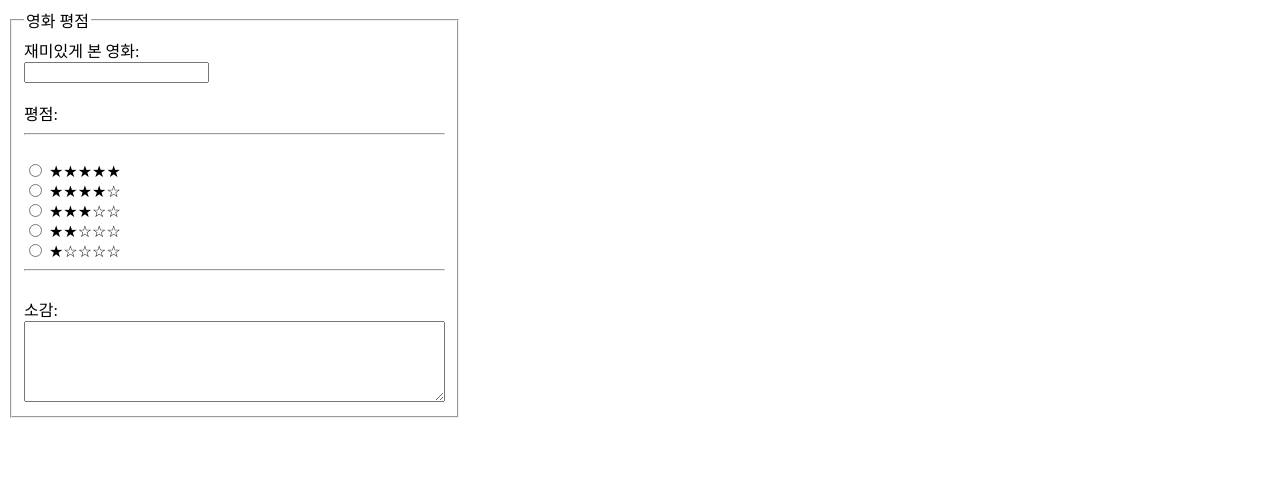
Repository: parkgyutaee/My_JAVA_Project
Page: http://localhost/JSPStudy/test04_06.jsp
The author's editor kept a copy of each file at every save. The page is drawn from the files as they stood at one save, then again after the next save.
The browser window is 1280 px wide. The pictures show the whole page.
The page is served by Tomcat 10. Other server files are loaded and not shown.

Above is the page before, as saved 2025-07-10 07:43:57.

### Workspace/JSPStudy/src/main/webapp/test04_06.jsp
<%@ page language="java" contentType="text/html; charset=UTF-8"
    pageEncoding="UTF-8"%>
<!DOCTYPE html>
<html>
<head>
<meta charset="UTF-8">
<title>4장 연습문제 6번</title>
</head>
<body>
	<form action="#" method = "get">
		<fieldset style = "width:300px">
			<legend>영화 평점</legend>
			재미있게 본 영화: <br>
			<input type = "text" name = "name"> <br><br>
			평점: <br>
			<hr> <br>
			<input type = "radio" name = "choice" value = "★★★★★"> ★★★★★ <br>
			<input type = "radio" name = "choice" value = "★★★★☆"> ★★★★☆ <br>
			<input type = "radio" name = "choice" value = "★★★☆☆"> ★★★☆☆ <br>
			<input type = "radio" name = "choice" value = "★★☆☆☆"> ★★☆☆☆ <br>
			<input type = "radio" name = "choice" value = "★☆☆☆☆"> ★☆☆☆☆ <br> <hr> <br>
			소감: <br>
			<textarea rows="5" cols="50">
			</textarea>

		</fieldset>
	</form>
</body>
</html>

After the next save:
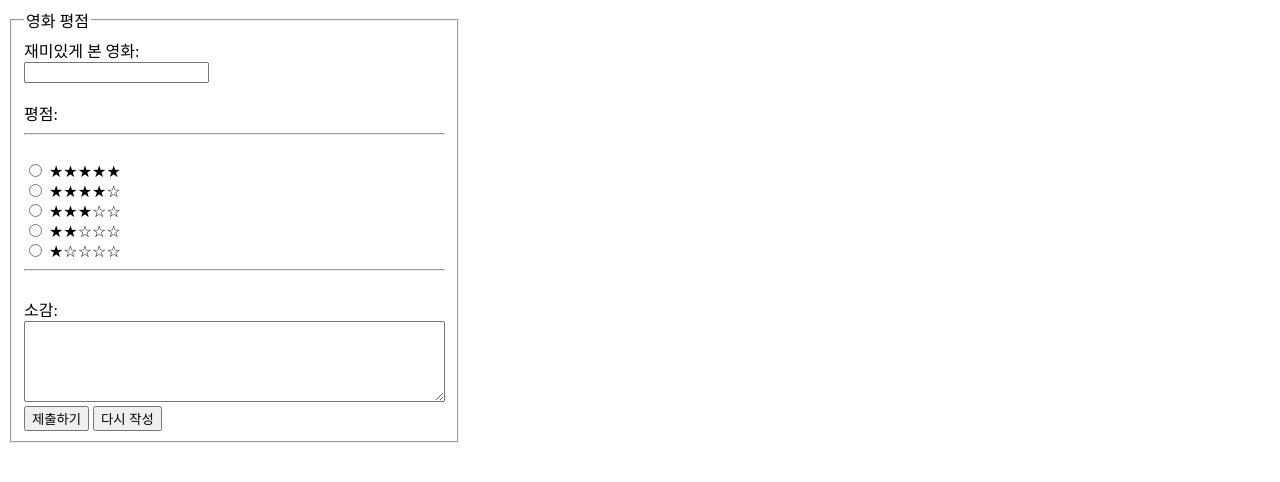
Saved 47 s later.
--- a/Workspace/JSPStudy/src/main/webapp/test04_06.jsp
+++ b/Workspace/JSPStudy/src/main/webapp/test04_06.jsp
@@ -22,7 +22,10 @@
 			소감: <br>
 			<textarea rows="5" cols="50">
 			</textarea>
-
+			<div>
+				<input type = "submit" value = "제출하기">
+				<input type = "reset" value = "다시 작성">
+			</div>
 		</fieldset>
 	</form>
 </body>
